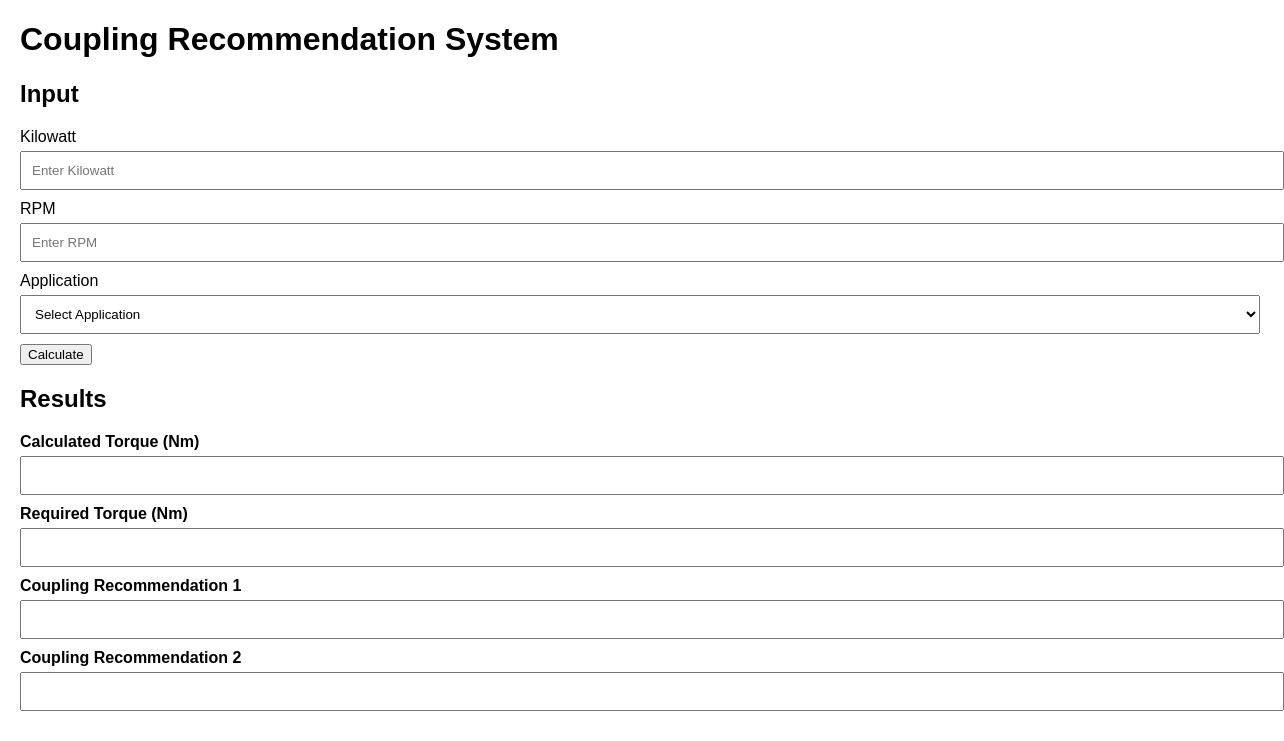
Repository: JustinSadie/calculator
Page: newIndex.html
The author's editor kept a copy of each file at every save. The page is drawn from the files as they stood at one save, then again after the next save.
The browser window is 1280 px wide. The page is 1284 px wide, then 1280 px, so the pictures cover 1284 px, including what lies to the right of the window. The pictures show the whole page.

Above is the page before, as saved 2024-08-25 13:54:04.

After the next save:
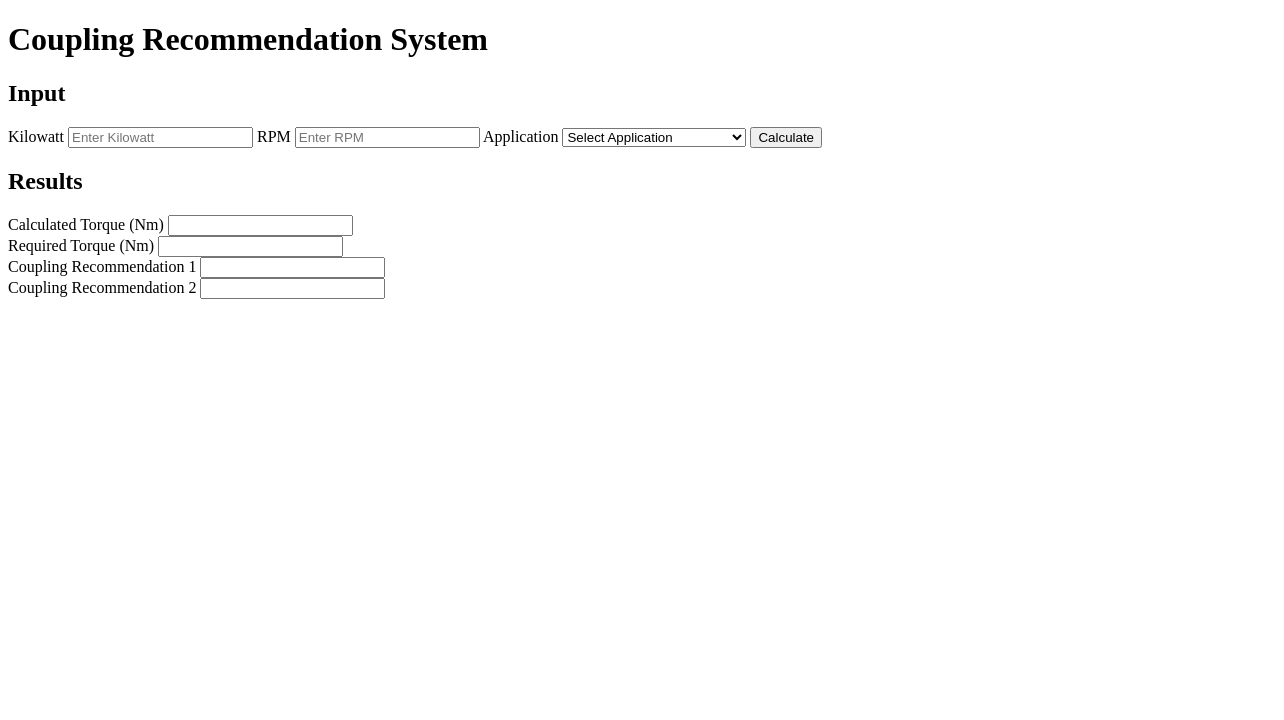
Saved 7 min 6 s later.
--- a/newIndex.html
+++ b/newIndex.html
@@ -4,29 +4,7 @@
     <meta charset="UTF-8" />
     <meta name="viewport" content="width=device-width, initial-scale=1.0" />
     <title>Coupling Recommendation</title>
-    <style>
-      body {
-        font-family: Arial, sans-serif;
-        margin: 20px;
-      }
-      .input-section,
-      .output-section {
-        margin-bottom: 20px;
-      }
-      label {
-        display: block;
-        margin-bottom: 5px;
-      }
-      input,
-      select {
-        padding: 10px;
-        margin-bottom: 10px;
-        width: 100%;
-      }
-      .result {
-        font-weight: bold;
-      }
-    </style>
+    <link rel="stylesheet" href="newCSS.css">
   </head>
   <body>
     <h1>Coupling Recommendation System</h1>
